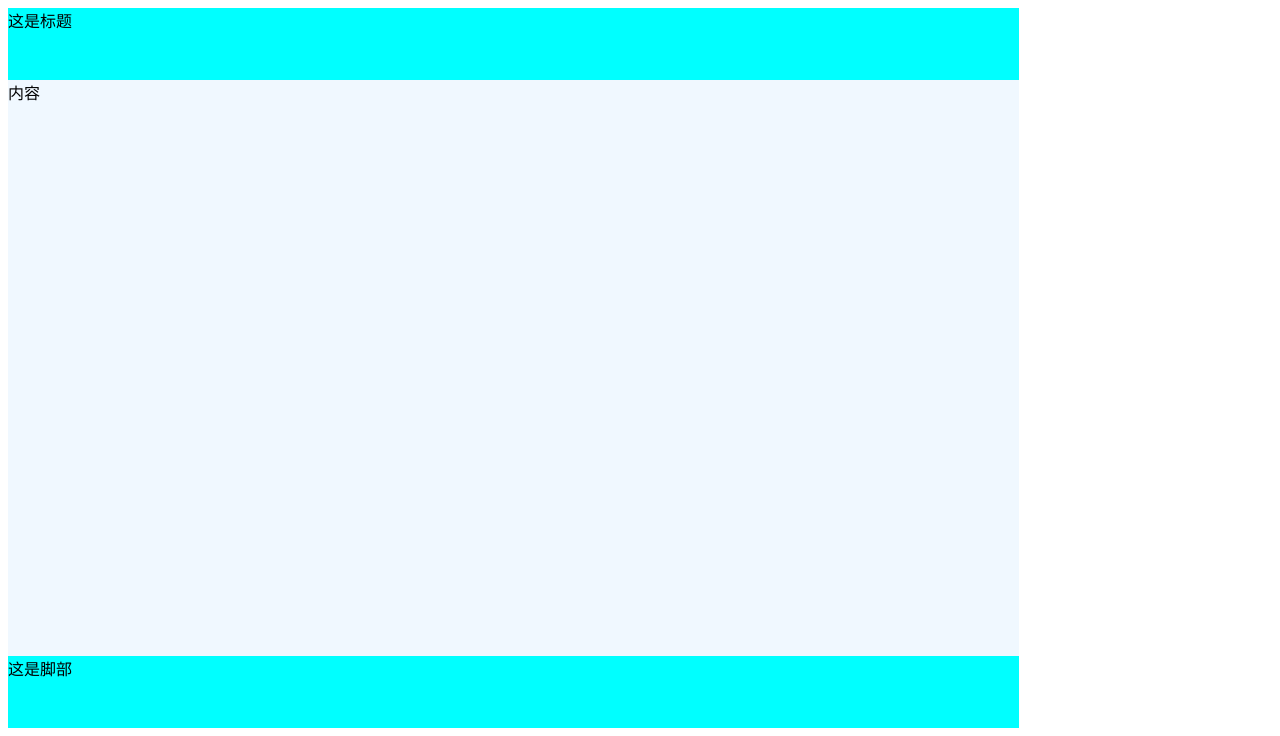
Repository: krm007/my
Page: layout.html
The author's editor kept a copy of each file at every save. The page is drawn from the files as they stood at one save, then again after the next save.
The browser window is 1280 px wide. The pictures show the whole page.

Above is the page before, as saved 2019-01-23 10:59:11.

### layout.html
<!DOCTYPE html>
<html lang="en">
<head>
    <meta charset="UTF-8">
    <meta name="viewport" content="width=device-width, initial-scale=1.0">
    <meta http-equiv="X-UA-Compatible" content="ie=edge">
    <title>布局</title>
    <style>
    aside{
        width: 20%;
        max-height:100vh;
        background-color: aquamarine;
        position: fixed;
        left: 0;
        top: 0;
    }
    header,footer{
        display: block;
        width: 80%;
        height:10vh;
        background-color: aqua
    }
    article{
        width: 80%;
        height: 80vh;
        background-color: aliceblue
    }


    </style>
</head>
<body>
    <aside></aside>
    <header>这是标题</header>
    <article>内容</article>
    <footer>这是脚部</footer>

</body>
</html>

After the next save:
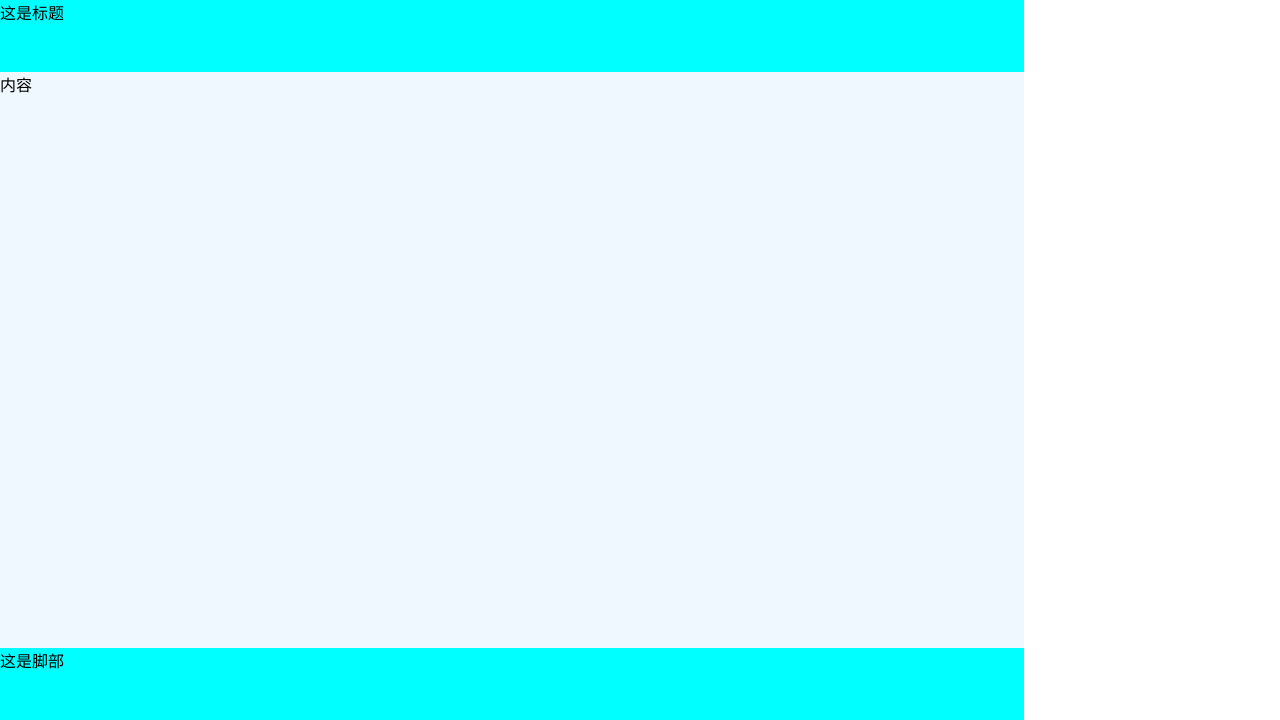
Saved 43 s later.
--- a/layout.html
+++ b/layout.html
@@ -6,6 +6,10 @@
     <meta http-equiv="X-UA-Compatible" content="ie=edge">
     <title>布局</title>
     <style>
+        *{
+            margin: 0;
+            padding: 0
+        }
     aside{
         width: 20%;
         max-height:100vh;
